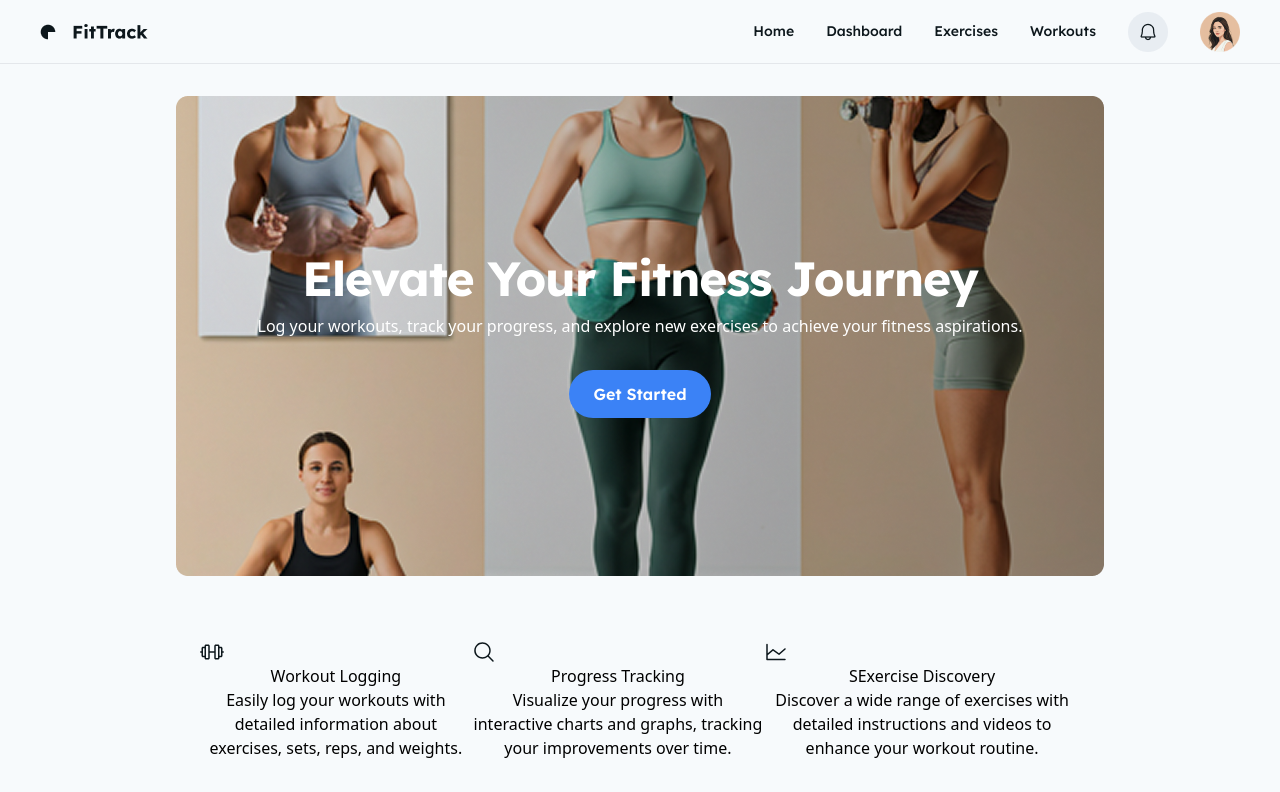
Repository: Emy-gold/fitness-tracking-platform
Page: /
The author's editor kept a copy of each file at every save. The page is drawn from the files as they stood at one save, then again after the next save.
The browser window is 1280 px wide. The pictures show the whole page.
The project was rebuilt for these pictures with package versions that can differ from the ones it lists, and the page was loaded fresh each time. Also part of the build but not shown: vite.config.js, src/Pages/Dashboard.jsx, src/Pages/Exercises.jsx, src/Pages/Workouts.jsx, src/components/Footer.jsx.

Above is the page before, as saved 2025-08-24 23:09:47.

### index.html
<!doctype html>
<html lang="en">

<head>
  <meta charset="UTF-8" />
  <link rel="icon" type="image/svg+xml" href="/vite.svg" />
  <meta name="viewport" content="width=device-width, initial-scale=1.0" />
  <link href="https://fonts.googleapis.com/css2?family=Lexend:wght@300;400;500;600;700&display=swap" rel="stylesheet">
  <title>Vite + React</title>
</head>

<body>
  <div id="root"></div>
  <script type="module" src="/src/main.jsx"></script>
</body>

</html>

### src/index.css
@tailwind base;
@tailwind components;
@tailwind utilities;

body{
    padding: 0;
    margin: 0;
        background-color: #F7FAFC;
}

### src/App.jsx
import './App.css';
import { BrowserRouter as Router, Routes, Route } from 'react-router-dom';
import Home from './Pages/Home';
import Dashboard from './Pages/Dashboard.jsx';
import Exercises from './Pages/Exercises.jsx';
import Workouts from './Pages/Workouts.jsx';
import Header from './components/Header.jsx';
import Footer from './components/Footer';


function App() {

  return (
    <>

      <Router>
        <Header />
        <Routes>
          <Route path="/" element={<Home />} />
          <Route path="/dashboard" element={<Dashboard />} />
          <Route path="/exercises" element={<Exercises />} />
          <Route path="/workouts" element={<Workouts />} />
        </Routes>
      </Router>
    </>
  )
}

export default App

### src/App.css
#root {
    margin: 0 auto;
    padding: 0;
    text-align: center;

}

.logo {
    height: 6em;
    padding: 1.5em;
    will-change: filter;
    transition: filter 300ms;
}
.logo:hover {
    filter: drop-shadow(0 0 2em #646cffaa);
}
.logo.react:hover {
    filter: drop-shadow(0 0 2em #61dafbaa);
}

@keyframes logo-spin {
    from {
    transform: rotate(0deg);
    }
    to {
    transform: rotate(360deg);
    }
}

@media (prefers-reduced-motion: no-preference) {
    a:nth-of-type(2) .logo {
    animation: logo-spin infinite 20s linear;
    }
}

.card {
    padding: 2em;
}

.read-the-docs {
    color: #888;
}

### src/Pages/Home.jsx
import React from 'react';
import Header from '../components/Header';
import { useState, useEffect } from 'react';
import cardsData from "../cardsData.json";
import homepic from "../assets/home.png";

function Home() {

    const [cards, setCards] = useState([]);

    useEffect(() => {
        setCards(cardsData)
    })

    return (
        <>
            <main className='flex flex-col justify-center px-40'>

                <section className='my-8 relative flex justify-center'>
                    <img src={homepic} className="" />
                    <div className="absolute inset-0 flex flex-col justify-center text-center text-white">
                        <h1 className='text-5xl font-lexend font-bold mb-3 tracking-tight '>Elevate Your Fitness Journey</h1>
                        <p className=''>Log your workouts, track your progress, and explore new exercises to achieve your fitness aspirations.</p>
                        <button type="submit" className='mt-8 mx-auto bg-blue-500 py-[12px] px-6 font-lexend font-semibold rounded-3xl hover:bg-blue-600 transition duration-300'>Get Started</button>
                    </div>
                </section >

                <section className='my-8 relative flex justify-center px-10'>

                    <div className='flex flex-rows'>
                        {cards.map(card => (
                            <div key={card.id}>
                                <img src={card.image} />
                                <h3>{card.title}</h3>
                                <p>{card.summary}</p>
                            </div>
                        ))}
                    </div>
                </section>
                <section></section>
            </main >
        </>

    )
}

export default Home

### src/components/Header.jsx
import React from 'react';
import { Link } from 'react-router-dom';
import logo from "../assets/logo.png";
import icon from "../assets/notifeicon.png";
import profilePic from "../assets/profilepic.png";

function Header() {
    return (
        <>
            <header className='bg-primary border-b border-gray-300/50 sticky w-full h-16 top-0 z-50 px-10'>
                <div className="flex relative justify-between items-center h-full">
                    <Link to="/" className='flex items-center'>
                        <img
                            src={logo}
                            alt="logo"
                            className='hover:opacity-20 transition-opacity duration-300'
                        />
                    </Link>

                    <nav className='flex gap-8 items-center ml-auto'>
                        <Link to="/" className='font-lexend font-medium text-sm text-textColor hover:scale-105 leading-[21px]'>Home</Link>
                        <Link to="/dashboard" className='font-lexend font-medium text-sm text-textColor hover:scale-105 leading-[21px]'>Dashboard</Link>
                        <Link to="/exercises" className='font-lexend font-medium text-sm text-textColor hover:scale-105 leading-[21px]'>Exercises</Link>
                        <Link to="/workouts" className='font-lexend font-medium text-sm text-textColor hover:scale-105 leading-[21px]'>Workouts</Link>
                        <img src={icon} className='hover:scale-105 duration-200' />
                        <img src={profilePic} className='h-10 w-10 hover:scale-105 duration-200' />
                    </nav>

                    <div></div>
                </div>
            </header>
        </>
    )
}

export default Header;

### src/cardsData.json
[
    {
        "id": 1,
        "title": "Workout Logging",
        "summary": "Easily log your workouts with detailed information about exercises, sets, reps, and weights.",
        "image": "src/assets/icon1.svg"
    },
    {
        "id": 2,
        "title": "Progress Tracking",
        "summary": "Visualize your progress with interactive charts and graphs, tracking your improvements over time.",
        "image": "src/assets/icon2.svg"
    },
    {
        "id": 3,
        "title": "SExercise Discovery",
        "summary": "Discover a wide range of exercises with detailed instructions and videos to enhance your workout routine.",
        "image": "src/assets/icon3.svg"
    }
]

### tailwind.config.js

/** @type {import('tailwindcss').Config} */
export default {
  content: [
    "./index.html",
    "./src/**/*.{js,ts,jsx,tsx}",
  ],
  theme: {
    extend: {
      fontFamily: {
        lexend: ['Lexend', 'sans-serif'],
      },
      colors: {
        primary: "#F7FAFC",
        textColor: "#0D171C",
      }
    },
  },
  plugins: [],
}

Loaded but not shown: src/main.jsx (common file)

After the next save:
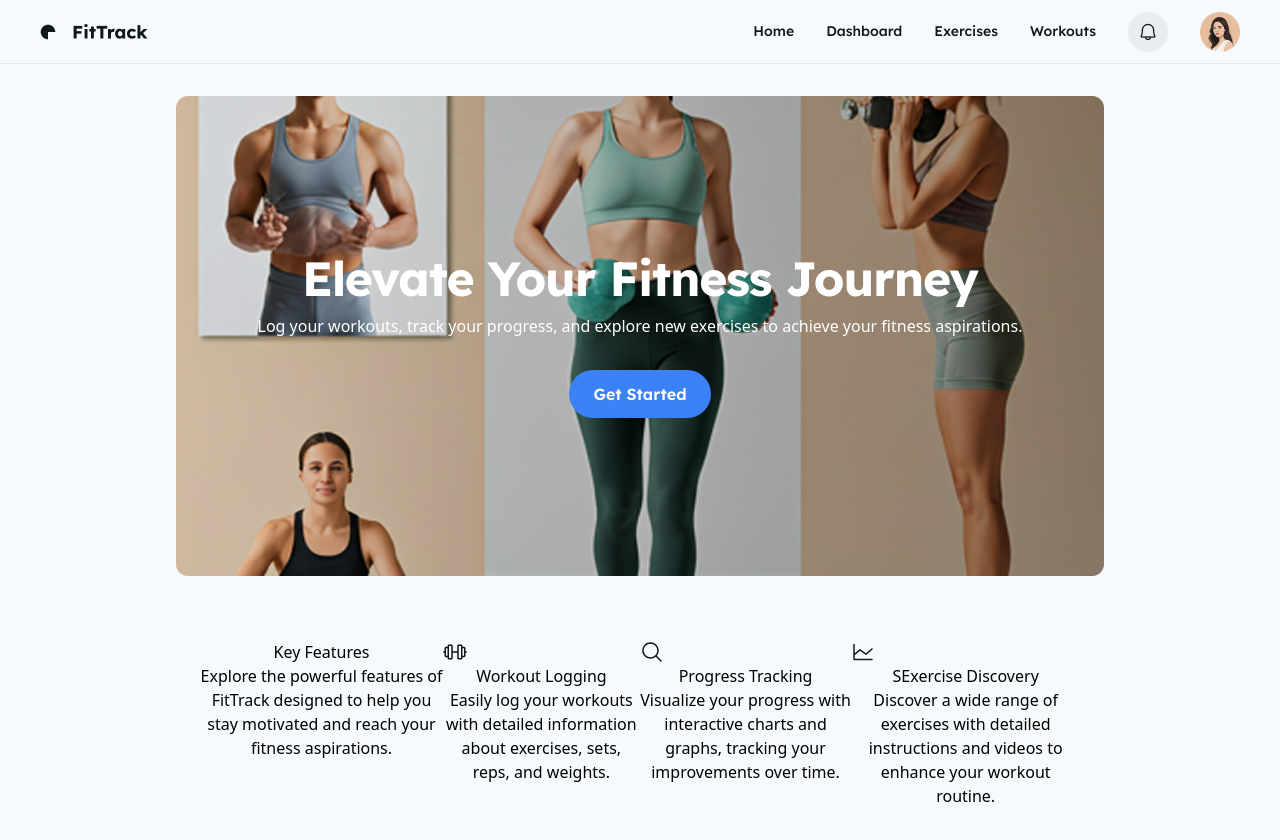
Saved 71 s later.
--- a/src/Pages/Home.jsx
+++ b/src/Pages/Home.jsx
@@ -26,7 +26,10 @@ function Home() {
                 </section >
 
                 <section className='my-8 relative flex justify-center px-10'>
-
+                    <div>
+                        <h2>Key Features</h2>
+                        <p>Explore the powerful features of FitTrack designed to help you stay motivated and reach your fitness aspirations.</p>
+                    </div>
                     <div className='flex flex-rows'>
                         {cards.map(card => (
                             <div key={card.id}>
